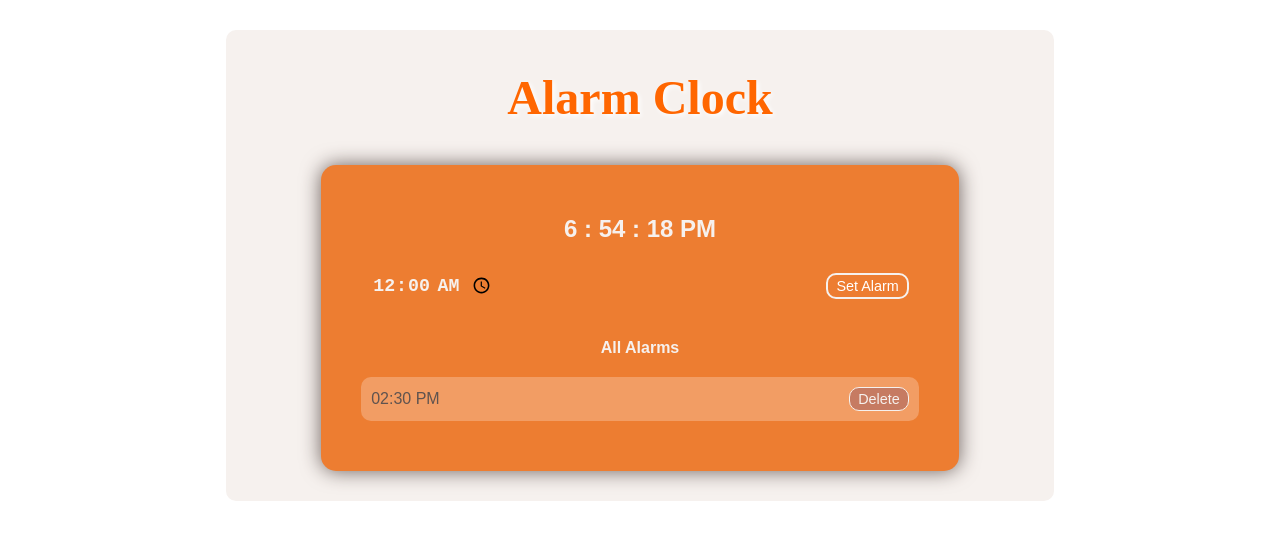
Repository: Pragya016/Alarm-Clock
Page: Index.html
An editor plug-in stored every save of this project. The page is shown before and after the next save, followed by the edit.
The browser window is 1280 px wide. The pictures show the whole page.

Above is the page before, as saved 2024-01-19 22:19:47.

### Index.html
<!DOCTYPE html>
<html lang="en">

<head>
    <meta charset="UTF-8">
    <meta name="viewport" content="width=device-width, initial-scale=1.0">
    <!-- css stylesheet -->
    <link rel="stylesheet" href="styles.css">

    <title>Alarm Clock</title>
</head>

<body>
    <div id="box">
        <h1>Alarm Clock</h1>
        <div class="container">

            <!-- showing the current time -->
            <div id="current-time">
                <h2 class="cur-time"></h2>
            </div>

            <!-- to set the alarm -->
            <div id="set-alarm">
                <h3>
                    <input type="time" class="set-time" value="00:00">
                </h3>
                <button type="button" id="set-alarm-btn">
                    Set Alarm
                </button>
            </div>

            <!-- list of alarms that are already been set -->
            <div id="all-alarms">
                <p class="heading"><b>All Alarms</b>
                </p>
                <div class="alarm">
                    <p class="preSetAlarmTime">
                        02:30 PM
                    </p>
                    <button type="button" class="dlt-alarm-btn">
                        Delete
                    </button>
                </div>
            </div>
        </div>
    </div>
    <!-- script -->
    <script src="clock.js"></script>
</body>

</html>

### styles.css
/* default css styles */
:root {
    --creamColor : #F6F1EE;
    --orangeShadeDark : #ff6600;
    --OrangeColor : #ED7D31;
    --brownColor : #6C5F5B;
    --brownShadeDarker : #5f534f;
    --orangeShadeDarker : #ba4c28;
}

body, html{
    margin: 0;
    padding: 0;
}

*{
    /* box-sizing: border-box; */
    margin: 0;
}

/* main container */
#box{
    height: auto;
    padding: 30px;
    width: 60%;
    margin: 30px auto;
    border-radius: 10px;
    background-color: var(--creamColor);
}

#box h1{
    color: var(--orangeShadeDark);
    text-align: center;
    margin-top: 10px;
    font-size: 3rem;
    overflow: hidden;
    text-shadow: 2px 2px 5px white;
}

/* ----------------------------- */

.container {
    color: var(--creamColor);
    height: auto;
    width: 70%;
    overflow: scroll;
    margin: 40px auto 0;
    padding: 50px;
    font-family: Arial, Helvetica, sans-serif;
    display: flex;
    flex-direction: column;
    /* letter-spacing: 3px; */
    align-items: center;
    border-radius: 15px;
    background-color: var(--OrangeColor);
    box-shadow: 0px 0px 20px var(--brownColor);
}

/* ----------------------------- */
/* set alarm container */

#set-alarm {
    display: flex;
    justify-content: space-between;
    width: 100%;
    margin: 30px auto 20px auto;
}

.set-time {
    border: none;
    background-color: #00000000;
    color: var(--creamColor);
}

.set-time{
    border: none;
    font-size: larger;
    font-weight: 600;
}

/* ----------------------------- */
/* all alarms container */

#all-alarms {
    margin-top: 20px;
    display: flex;
    justify-content: space-between;
    width: 100%;
    height: auto;
    flex-direction: column;
    align-items: center;
}

#all-alarms .heading {
    color: var(--creamColor);
}

.alarm{
    display: flex;
    justify-content: space-between;
    width: 100%;
    padding: 10px;
    background-color: rgba(255, 255, 255, 0.247);
    margin-top: 20px;align-items: center;
    border-radius: 10px;
}

.alarm .preSetAlarmTime {
    font-size: 1rem;
    color: var(--brownShadeDarker);
}

.dlt-alarm-btn{
    border: 1px solid var(--creamColor);;
    background-color: hsl(15, 47%, 58%);
    color: var(--creamColor);
}

.dlt-alarm-btn:hover {
    border-color:var(--orangeShadeDarker);
    background-color: #F6F1EE;
    color: var(--orangeShadeDarker);
}

/* ----------------------------- */

button {
    width: auto;
    margin: auto 0;
    border-radius: 10px;
    font: 600;
    font-size: 0.9rem;
    border: none;
     padding: 3px 8px;
    border: 2px solid #F6F1EE;;
    background-color: #ED7D31;
    cursor: pointer;
    color: white;
}

button:hover{
   color: #ce5300;
    background-color: var(--creamColor);
}

### clock.js

// selecting all the elements of html
const currentTime = document.querySelector('.cur-time');
const setNewAlarm = document.querySelector('.set-time');
const setNewAlarmBtn = document.querySelector('#set-alarm-btn');
const preSetAlarmTime = document.querySelector('.preSetAlarmTime');
const deleteBtn = document.querySelector('.dlt-alarm-btn');
const allAlarmsContainer = document.querySelector('#all-alarms');



// --------------------------------------------
// display the current time

function updateTime() {
    let currentDate = new Date();
    let hours = currentDate.getHours();
    let minutes = currentDate.getMinutes();
    let seconds = currentDate.getSeconds();

    // selecting am or pm
    var ampm = (hours >= 12) ? "PM" : "AM";

    // getting hours minutes and seconds
    hours = (hours < 10) ? "0" + hours : hours - 12;
    minutes = (minutes < 10) ? "0" + minutes : minutes;
    seconds = (seconds < 10) ? "0" + seconds : seconds;

    // setting the tet content to current time
    let currentTimeString = `${hours} : ${minutes} : ${seconds} ${ampm}`;
    currentTime.textContent = currentTimeString;
}

setInterval(updateTime, 1000);
updateTime();


// --------------------------------------------
// setting new alarm

setNewAlarmBtn.addEventListener('click', () => {
    // getting the input value
    const timeInput = setNewAlarm.value;
    let [hourVal, minVal] = timeInput.split(':');

        // console.log(minVal, hourVal)
        if (hourVal === '00') {
            hourVal = 12;
        }

        // html for newly created alarm
    const newAlarm = `
            <div class="alarm">
                <p class="preSetAlarmTime">
                    ${hourVal}:${minVal} ${hourVal >= 12 ? 'PM' : 'AM'}
                </p>
                <button type="button" class="dlt-alarm-btn">
                    Delete
                </button>
            </div>
        `;

        // inserting the html to the container
        setTimeout(() => {
            allAlarmsContainer.insertAdjacentHTML('beforeend', newAlarm);
            setNewAlarm.value = '00:00';
            startCountDown(hourVal, minVal);
        }, 300);

});

// --------------------------------------------
function startCountDown(hours, minutes) {
    // calculating seconds
    const totalMin = (hours * 60) + minutes;
    let totalSeconds = totalMin * 60;

    setTimeout(() => {
        alert('alarm ended!!')
    }, totalSeconds)
}


// --------------------------------------------
// deleting the alarm
allAlarmsContainer.addEventListener('click', (e) => {
    // checking if delete alarm btn is present or not
    if (e.target.classList.contains('dlt-alarm-btn')) {

        // finding the closest element
        const alarmElement = e.target.closest('.alarm');

        // deleting the alarm
        if (alarmElement) {
            setTimeout(() => {
                alarmElement.remove();
            }, 300);
        }
    }
});

After the next save:
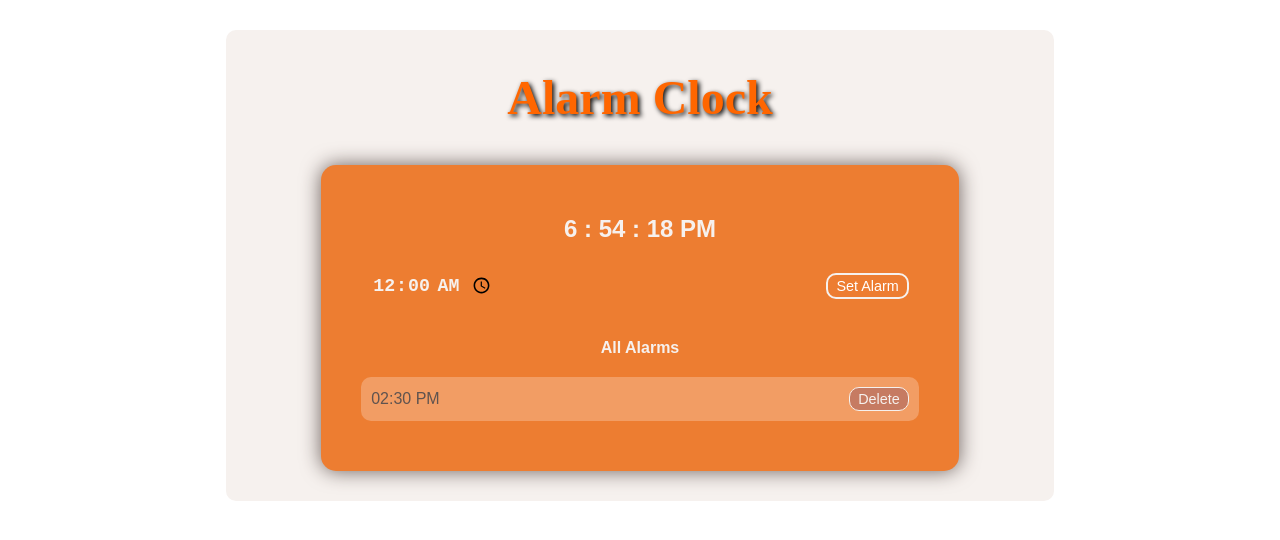
Saved 12 s later.
--- a/styles.css
+++ b/styles.css
@@ -34,7 +34,7 @@
     margin-top: 10px;
     font-size: 3rem;
     overflow: hidden;
-    text-shadow: 2px 2px 5px white;
+    text-shadow: 2px 2px 5px black;
 }
 
 /* ----------------------------- */

After the save that followed:
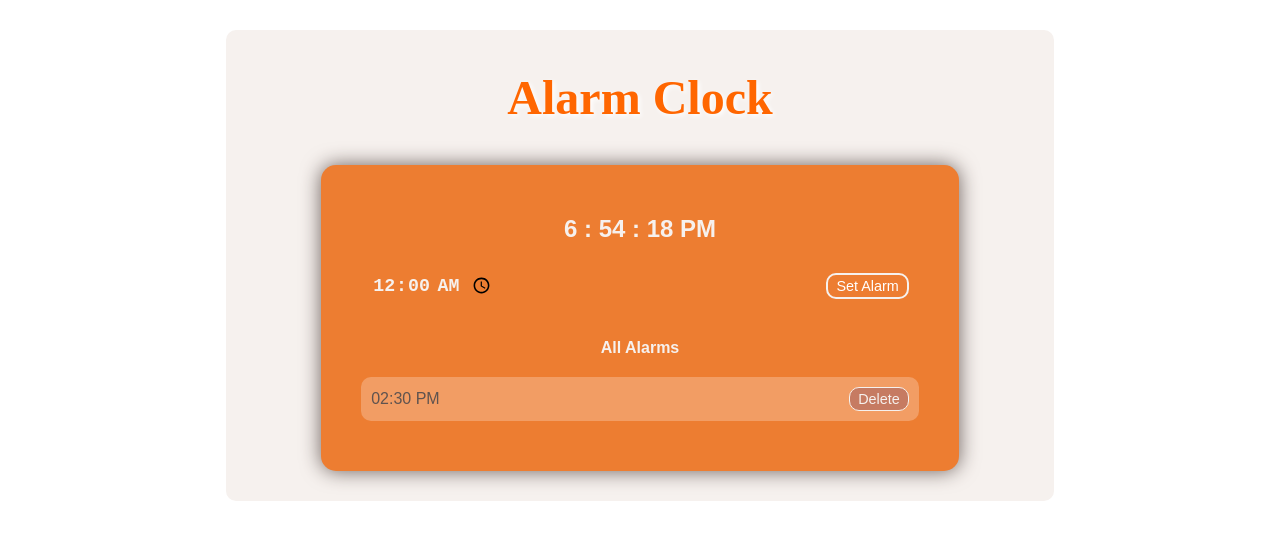
Saved 9 s later.
--- a/styles.css
+++ b/styles.css
@@ -34,7 +34,7 @@
     margin-top: 10px;
     font-size: 3rem;
     overflow: hidden;
-    text-shadow: 2px 2px 5px black;
+    text-shadow: 2px 2px 5px white;
 }
 
 /* ----------------------------- */
